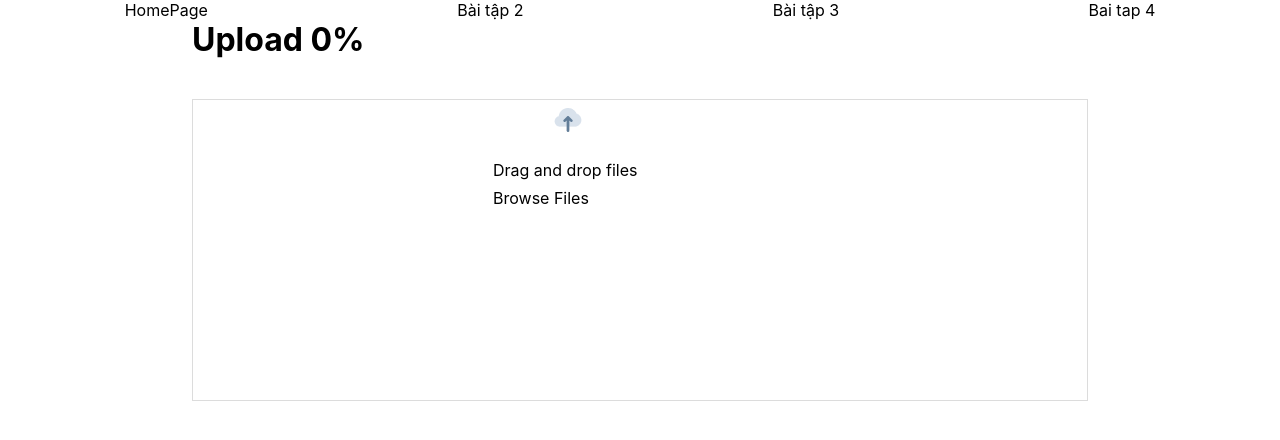
Repository: tungdau93/Training-ReactJS
Page: /bai-tap-3
The author's editor kept a copy of each file at every save. The page is drawn from the files as they stood at one save, then again after a run of saves.
The browser window is 1280 px wide. The pictures show the whole page.
The project was rebuilt for these pictures with package versions that can differ from the ones it lists, and the page was loaded fresh each time. Also part of the build but not shown: src/App.css, src/hooks/useClickOutside.js, src/Assignments/BaiTap2.jsx, src/Assignments/HomePage.jsx.

Above is the page before, as saved 2022-10-03 10:47:34.

### src/App.js
import { BrowserRouter, Route, Routes } from "react-router-dom";
import "./App.css";
import BaiTap2 from "./Assignments/BaiTap2";
import BaiTap3 from "./Assignments/BaiTap3";
import HomePage from "./Assignments/HomePage";
import Menu from "./Assignments/Menu";

function App() {
  return (
    <BrowserRouter>
      <Menu />
      <Routes>
        <Route path="/" element={<HomePage />} />
        <Route path="/bai-tap-2" element={<BaiTap2 />} />
        <Route path="/bai-tap-3" element={<BaiTap3 />} />
      </Routes>
    </BrowserRouter>
  );
}

export default App;

### src/Assignments/BaiTap3.jsx
import { ref, uploadBytesResumable } from "@firebase/storage";
import React, { useRef, useState } from "react";
import { storage } from "../firebase";
import "../style/_bai-tap-3.scss";

const BaiTap3 = () => {
  const listUploadedRef = useRef();
  const fileUploadedRef = useRef();

  const [files, setFiles] = useState([]);
  const [progress, setProgress] = useState(0);
  const [isSizeValid, setIsSizeValid] = useState(true);
  const [isActive, setIsActive] = useState(true);
  const [isValidNumberOfFiles, setValidNumberOfFiles] = useState(false);

  const RemoveAddFile = [];

  const handleSlide = () => {
    const listUploadedOffsetWidth = listUploadedRef.current?.offsetWidth;
    const listUploadedClientWidth = listUploadedRef.current?.clientWidth;
    const fileUploadedWidth = fileUploadedRef.current?.offsetWidth;
    const removeSpace = listUploadedOffsetWidth - listUploadedClientWidth;
    console.log(removeSpace);

    if (listUploadedRef.current && fileUploadedRef.current) {
      listUploadedRef.current.scrollTo({
        left: fileUploadedWidth,
        behavior: "smooth",
      });
    }
  };
  const handleAddFiles = (event) => {
    setValidNumberOfFiles(false);
    const file = event.target.files[0];

    event.preventDefault();
    const fileArray = event.target.files;
    for (var j = 0; j < fileArray.length; j++) {
      if (fileArray[j].size > 10485760) {
        setIsSizeValid(false);
        setIsActive(false);
        return;
      }
    }
    setIsActive(true);
    setIsSizeValid(true);

    const newFiles = [...files];
    for (let k = 0; k < fileArray.length; k++) {
      newFiles.push(fileArray[k]);
    }
    setFiles(newFiles);
  };

  const uploadFiles = (file) => {
    if (!file) return;
    const storageRef = ref(storage, `/files/${file.name}`);
    const uploadTask = uploadBytesResumable(storageRef, file);
    uploadTask.on(
      "state_changed",
      (snapshot) => {
        const prog = Math.round(
          (snapshot.bytesTransferred / snapshot.totalBytes) * 100
        );
        setProgress(prog);
      },
      (err) => console.log(err)
    );
  };

  const handleUpload = (event) => {
    event.preventDefault();

    const newFilesUpload = [...files];
    if (files.length > 0 && files.length <= 4) {
      for (let i = 0; i < newFilesUpload.length; i++) {
        uploadFiles(newFilesUpload[i]);
        console.log(newFilesUpload[i]);
        setFiles(RemoveAddFile);
      }
    } else {
      setValidNumberOfFiles(true);
      setFiles(RemoveAddFile);
      setIsActive(false);
    }
  };

  const handleClose = (index) => {
    const fileSelected = files.filter((file) => file.index === index);
    // console.log(newFiles);
    const newFiles = [...files];
    newFiles.pop(fileSelected);
    setFiles([...newFiles]);
  };

  return (
    <div className="drag-drop-files-container">
      <h1>Upload {progress}%</h1>
      {/* <img
        onClick={handleSlide}
        src={require("../assets/images/submit-icon.png")}
        alt=""
        className="slide-icon"
      /> */}

      <div className="drag-drop-files">
        <div className="drag-drop-label">
          <span className="image-drag-drop">
            <img
              alt=""
              src={require("../assets/images/upload-icon.png")}
              width={32}
              height={32}
            />
          </span>
          <span>Drag and drop files</span>
          <span>Browse Files</span>
        </div>

        <input
          id="name"
          type="file"
          className="input-files"
          onChange={handleAddFiles}
          multiple
        />
        {/* <form onSubmit={(event) => handleUpload(event)}>
          <label htmlFor="name" className="drag-and-drop-img">
            <img alt="" src={require("../assets/images/upload-icon.png")} />
          </label>
          <label htmlFor="name" className="drag-and-drop-heading">
            Drag and drop files
          </label>
          <label htmlFor="name" className="drag-and-drop-heading--sub-heading">
            Browse Files
          </label>
          <input
            id="name"
            type="file"
            className="input"
            onChange={handleAddFiles}
            multiple
          />
          <button type="submit" className="submit">
            Upload
          </button>
        </form> */}
      </div>

      {/* {isSizeValid ? (
        <div ref={listUploadedRef} className="show-data--hidden">
          {files &&
            files.map((file, index) => {
              // console.log(file.type);
              return (
                <FileUpload
                  handleClose={() => handleClose(index)}
                  key={index}
                  ref={fileUploadedRef}
                  fileType={file.type}
                  fileName={file.name}
                  fileSize={file.size}
                />
              );
            })}
        </div>
      ) : (
        <span className="maximum-files-size">
          The maximum file size is 10MB
        </span>
      )} */}

      {/* {isValidNumberOfFiles ? (
        <span className="maximum-files-length">
          Maximum length of files is 4
        </span>
      ) : null} */}
    </div>
  );
};

export default BaiTap3;

### src/Assignments/Menu.jsx
  import React from "react";
import { useNavigate } from "react-router-dom";

const styleHomePage={
        display:'flex',
        justifyContent: 'center',
}

const styleUl = {
    display: 'flex',
    justifyContent: 'space-around',
    // ListStyle:"none"
}
const handleMouseOver =(e)=>{
    e.target.style.color = '#DC143C'
}
const handleMouseOut =(e)=>{
    e.target.style.color = '#000'
}

const Menu = () => {
  const navigate = useNavigate();

  const redirectPage = (url) => {
    navigate(url);
  };

  return (
    <div>
      <ul style={styleUl}>
        <li style={{listStyleType:'none'}} onMouseOver={handleMouseOver} onMouseOut={handleMouseOut} onClick={() => redirectPage("/")}>
          <div style={styleHomePage}>HomePage</div>
        </li>
        <li style={{listStyleType:'none'}}  onMouseOver={handleMouseOver} onMouseOut={handleMouseOut} onClick={() => redirectPage("/bai-tap-2")}>
          <div >Bài tập 2</div>
        </li>
        <li style={{listStyleType:'none'}} onMouseOver={handleMouseOver} onMouseOut={handleMouseOut} onClick={() => redirectPage("/bai-tap-3")}>
          <div >Bài tập 3</div>
        </li>
        <li style={{listStyleType:'none'}} onMouseOver={handleMouseOver} onMouseOut={handleMouseOut} onClick={() => redirectPage("/bai-tap-4")}>
          <div >Bai tap 4

          </div>
        </li>
      </ul>
    </div>
  );
};

export default Menu;

### src/style/_bai-tap-2.scss
*{
    padding: 0;
    margin:0;
}
.app {
    background-color:#1E1E1E;
    #title {
        top:-976px;
        left:-1124px;
        color:#a0a0a0;
        width: 2227px;
        height:1933px;
        &:hover{
            color:#99CCFF;
            opacity:.6;
    }
    }
    .app__container{
        width: 2227px; ;
        height: 1933px;
        background-color:#F8F8F8;
        position:relative;
        .app__container--heading{
            display: flex;
            flex-direction: row;
            align-items: center;
            padding: 50px 99px 50px 56px;
            gap: 10px;
            display:block;

            position: absolute;
            width: 2227px;
            height: 140px;
            left: 0px;
            top: 0px;
            background-color:#333333;
            .app__container--heading-name{
                display: flex;
                flex-direction: row;
                align-items: center;
                padding: 0px;
                gap: 30px;

                width: 323px;
                height: 56px;


                /* Inside auto layout */

                flex: none;
                order: 0;
                flex-grow: 0;
                .app__container--heading-name--japanese{
                    width: 144px;
                    height: 56px;

                    font-family: 'Roboto';
                    font-style: normal;
                    font-weight: 700;
                    font-size: 48px;
                    line-height: 56px;




                /* White */

                    color: #FFFFFF;


                /* Inside auto layout */

                    flex: none;
                    order: 0;
                    flex-grow: 0;

                }
                .app__container--heading-name--english{
                    width: 149px;
                height: 38px;

                font-family: 'Roboto';
                font-style: normal;
                font-weight: 400;
                font-size: 32px;
                line-height: 38px;
                /* identical to box height */


                /* White */

                color: #FFFFFF;


                /* Inside auto layout */

                flex: none;
                order: 1;
                flex-grow: 0;
                }
            }
        }
        .app__container--input-wrapper{
    position: relative;
    display: flex;
    flex-direction: column;
    align-items: flex-start;
    padding: 0px;

    position: absolute;
    width: 400px;
    height: 46px;
    left: 379px;
    top: 308px;
    .app__container--input-wrapper--input{
        box-sizing: border-box;

    /* Auto layout */


    display: flex;
    flex-direction: row;
    align-items: center;
    padding: 8px 10px;
    gap: 4px;

    width: 400px;
    height: 49px;

    background: rgba(230, 249, 255, 0.2);
    /* Black / 04 */

    border: 1px solid #DBDBDB;
    border-radius: 4px;

    /* Inside auto layout */

    flex: none;
    order: 0;
    align-self: stretch;
    flex-grow: 0;



            }

     .fa-thin{
    position: absolute;
            }
    .app__container--input-wrapper--dropdown-list{
display: flex;

display:none;
// flex-direction: column;
// align-items: flex-start;
position: absolute;
width: 400px;
height: 128px;
left: 0;
top: 49px;
// background-color: yellow;

filter: drop-shadow(0px 1px 8px rgba(102, 102, 102, 0.25));
border-radius: 4px;
        .app__container--input-wrapper--dropdown-list--item1{
            position: absolute;
            width: 100%;
            height: 49px;
            background: rgba(230, 249, 255, 0.2);
            border-radius: 4px;
            display:block

        }
        .app__container--input-wrapper--dropdown-list--item2{
            position: absolute;
            width: 100%;
            height: 49px;
            border-radius: 4px;
            background: rgba(230, 249, 255, 0.2);
            top: 49px;
            display:block


        }
        .app__container--input-wrapper--dropdown-list--item3{
            position: absolute;
            width: 100%;
            height: 49px;
            border-radius: 4px;
            background: rgba(230, 249, 255, 0.2);
            top:98px;
            display:block


        }

    }
}


    }
}

### src/firebase.js
import { initializeApp } from "firebase/app";
import { getStorage } from "firebase/storage";

const firebaseConfig = {
    apiKey: "AIzaSyBDyCwxOmrur5hog0XVVwqIkyzdGhH8h4w",
    authDomain: "fir-upload-d710f.firebaseapp.com",
    projectId: "fir-upload-d710f",
    storageBucket: "fir-upload-d710f.appspot.com",
    messagingSenderId: "230877422747",
    appId: "1:230877422747:web:8e36d237d55b89ca5f923e",
    measurementId: "G-Q111WB6C29"
  };

  export const app = initializeApp(firebaseConfig);
  export const storage = getStorage(app);

### src/style/_bai-tap-3.scss
//   .slide-icon {
//     top: 560px;
//     left: 1398px;
//     width: 40px;
//     height: 38px;
//     border-radius: 50%;
//     border: solid #fff;
//     &:hover {
//       border: #107ce0 solid 3px;
//     }
//   }
//   .drag-and-drop {
//     display: flex;
//     justify-content: center;
//     width: 842px;
//     height: 232px;
//     left: 579px;
//     // right: 79.24%;
//     top: 249px;
//     background: #f8f8f8;
//     border: 1px solid #dcdcdc;
//     border-radius: 7px;
//     z-index: 1;
//     .drag-and-drop-img {
//       top: 45px;
//       left: 381px;
//       display: flex;
//       position: absolute;
//       min-width: 70px;
//       min-height: 70px;

//       justify-content: center;
//       align-items: center;
//     }
//     .drag-and-drop-heading {
//       top: 113px;
//       left: 342px;
//       display: flex;
//       position: absolute;
//       min-width: 100px;
//       align-items: center;
//       justify-content: center;
//       font-family: "Noto Sans";
//       font-style: normal;
//       font-weight: 700;
//       font-size: 18px;
//       line-height: 22px;
//       color: #333333;
//     }
//     .drag-and-drop-heading--sub-heading {
//       top: 137px;
//       left: 373px;
//       position: absolute;
//       min-width: 50px;
//       align-items: center;
//       justify-content: center;
//       font-family: "Noto Sans";
//       font-style: normal;
//       font-size: 18px;
//       line-height: 22px;
//       color: #333333;
//       text-decoration: underline;
//     }
//     &:hover {
//       border: 1px solid #107ce0;
//     }
//     .input {
//       width: 842px;
//       height: 232px;
//       position: absolute;
//       // right: 79.24%;
//       background: #f8f8f8;
//       // border: 1px solid #dcdcdc;
//       border-radius: 7px;
//       z-index: -1;
//       color: transparent;

//       &::-webkit-file-upload-button {
//         display: none;
//       }
//     }
//     .submit {
//       position: absolute;
//       top: 360px;
//       left: 359px;
//       width: 113px;
//       height: 43px;
//       border-radius: 3px;
//       z-index: -1;
//       border: none;
//       &:hover {
//         border: 1px solid #107ce0;
//       }
//     }
//     .submit-img {
//       position: absolute;
//       top: 261px;
//       left: 825px;
//       width: 32px;
//       height: 32px;
//       border-radius: 50%;
//       z-index: 1;
//     }
//     .drag-and-drop--upload-icon {
//       position: absolute;
//       height: 18.67px;
//       width: 26.67px;
//       top: 64px;
//       left: 397.67px;
//       right: 417.67px;
//       z-index: 1;
//     }

//   }

//   .drag-and-drop--alert {
//     width: 842px;
//     height: 232px;
//     position: relative;
//     left: 579px;
//     // right: 79.24%;
//     top: 249px;
//     background: #f8f8f8;
//     border: 1px solid  #ED5D5D;
//     border-radius: 7px;
//     z-index: 1;
//     .drag-and-drop-img {
//       top: 45px;
//       left: 381px;
//       display: flex;
//       position: absolute;
//       min-width: 70px;
//       min-height: 70px;

//       justify-content: center;
//       align-items: center;
//     }
//     .drag-and-drop-heading {
//       top: 113px;
//       left: 342px;
//       display: flex;
//       position: absolute;
//       min-width: 100px;
//       align-items: center;
//       justify-content: center;
//       font-family: "Noto Sans";
//       font-style: normal;
//       font-weight: 700;
//       font-size: 18px;
//       line-height: 22px;
//       color: #333333;
//     }
//     .drag-and-drop-heading--sub-heading {
//       top: 137px;
//       left: 373px;
//       position: absolute;
//       min-width: 50px;
//       align-items: center;
//       justify-content: center;
//       font-family: "Noto Sans";
//       font-style: normal;
//       font-size: 18px;
//       line-height: 22px;
//       color: #333333;
//       text-decoration: underline;
//     }
//     &:hover {
//       border: 1px solid #107ce0;
//     }
//     .input {
//       width: 842px;
//       height: 232px;
//       position: absolute;
//       // right: 79.24%;
//       background: #f8f8f8;
//       // border: 1px solid #dcdcdc;
//       border-radius: 7px;
//       z-index: -1;
//       color: transparent;

//       &::-webkit-file-upload-button {
//         display: none;
//       }
//     }
//     .submit {
//       position: absolute;
//       top: 360px;
//       left: 359px;
//       width: 113px;
//       height: 43px;
//       border-radius: 3px;
//       z-index: -1;
//       border: none;
//       &:hover {
//         border: 1px solid #107ce0;
//       }
//     }
//     .submit-img {
//       position: absolute;
//       top: 261px;
//       left: 825px;
//       width: 32px;
//       height: 32px;
//       border-radius: 50%;
//       z-index: 1;
//     }
//     .drag-and-drop--upload-icon {
//       position: absolute;
//       height: 18.67px;
//       width: 26.67px;
//       top: 64px;
//       left: 397.67px;
//       right: 417.67px;
//       z-index: 1;
//     }

//   }

//   .invalid {
//     position: absolute;
//     top: 93px;
//     left: 32px;
//     width: 24px;
//     height: 32px;
//     background-color: rgba(255, 0, 0, 0.5);
//     border: solid 0.5px rgb(153, 167, 181);
//     border-radius: 3px;
//   }

// .maximum-files-length{
//     color: #ED5D5D;
//     top: 169px;
//     position: relative;
//     left: 581px;
// }

// .maximum-files-size{
//   color: #ED5D5D;
//   top: 278px;
//   position: relative;
//   left: 581px;
// }

.drag-drop-files-container {
  width: 70%;
  margin: auto;

  .drag-drop-files {
    display: flex;
    justify-content: center;
    margin-top: 40px;
    border: 1px solid #dcdcdc;
    height: 300px;
    position: relative;

    .drag-drop-label {
      display: flex;
      flex-direction: column;
      min-width: 150px;
      position: absolute;
      left: 300px;

      .image-drag-drop {
        display: flex;
        justify-content: center;

        img {
          margin-bottom: 16px;
        }
      }

      span {
        margin: 4px 0;
      }
    }

    .input-files {
      width: 100%;
      opacity: 0;
    }
  }
}

Loaded but not shown: public/index.html (common file); src/index.js (common file); src/index.css (common file); src/reportWebVitals.js (common file)

After the next 3 saves:
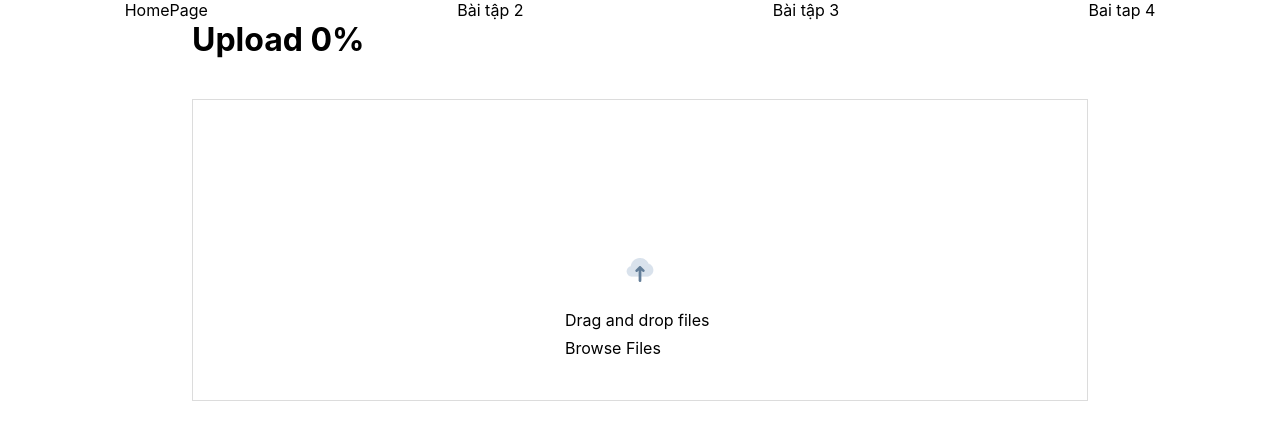
The 3 saves are shown as one change because they came seconds apart.
The last was saved 29 s later.
--- a/src/style/_bai-tap-3.scss
+++ b/src/style/_bai-tap-3.scss
@@ -258,7 +258,8 @@
       flex-direction: column;
       min-width: 150px;
       position: absolute;
-      left: 300px;
+      // left: 300px;
+      top: 150px;
 
       .image-drag-drop {
         display: flex;
